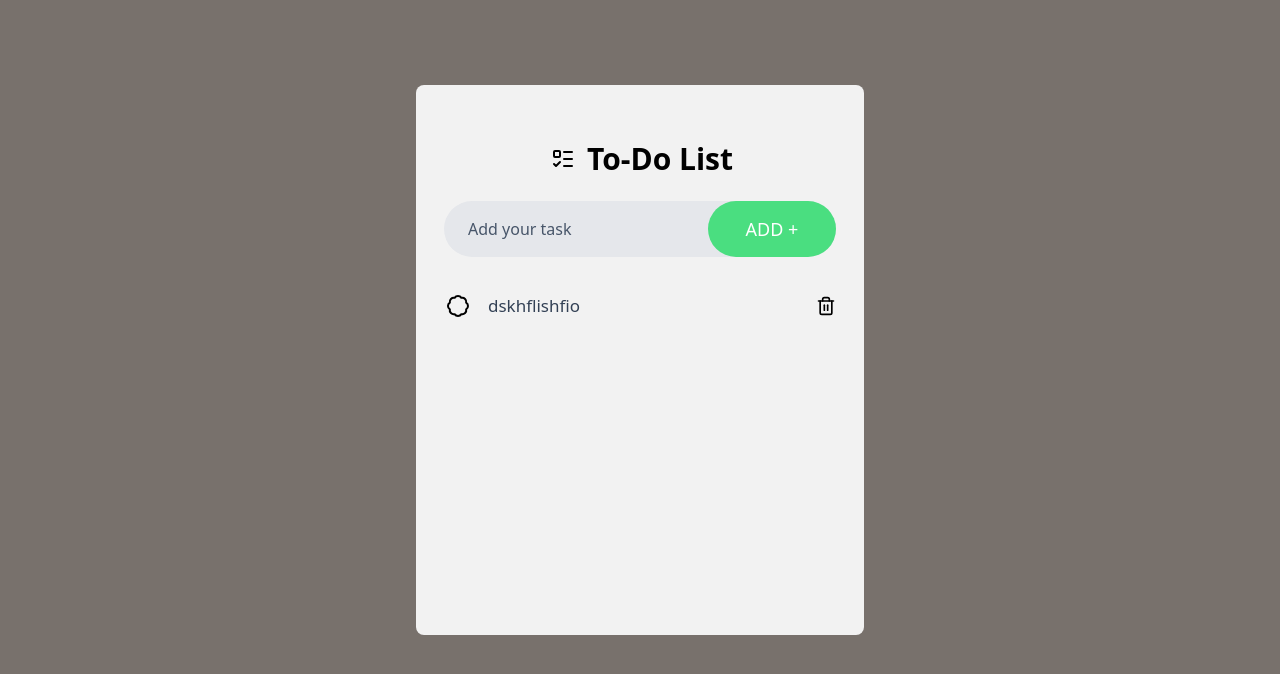
Repository: guilhermecardoso93/todolist-2025-tailwind
Page: /
The author's editor kept a copy of each file at every save. The page is drawn from the files as they stood at one save, then again after the next save.
The browser window is 1280 px wide. The pictures show the whole page.
The project was rebuilt for these pictures with package versions that can differ from the ones it lists, and the page was loaded fresh each time. Also part of the build but not shown: vite.config.js.

Above is the page before, as saved 2024-11-07 20:16:14.

After the next save:
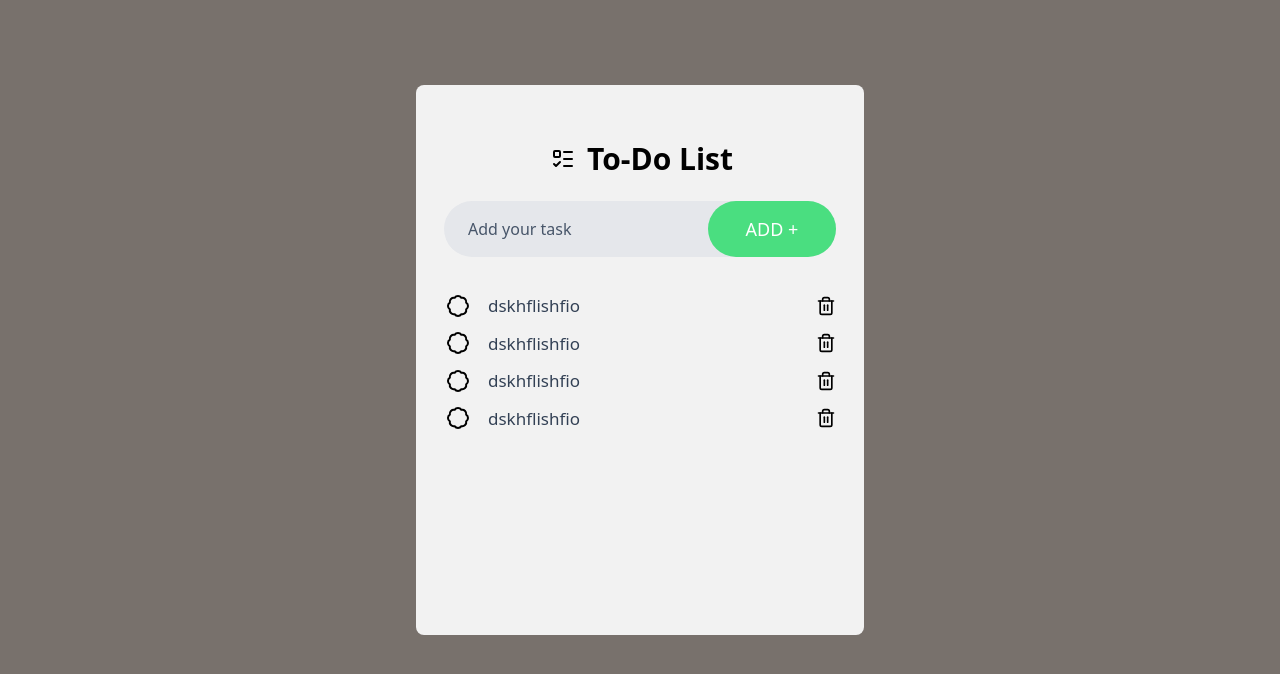
Saved 15 s later.
--- a/src/components/ToDo.jsx
+++ b/src/components/ToDo.jsx
@@ -20,7 +20,10 @@ export function ToDo({ text }) {
         </button>
       </div>
       <div className="">
-        <Item text='dskhflishfio' />
+        <Item text="dskhflishfio" />
+        <Item text="dskhflishfio" />
+        <Item text="dskhflishfio" />
+        <Item text="dskhflishfio" />
       </div>
     </div>
   );
